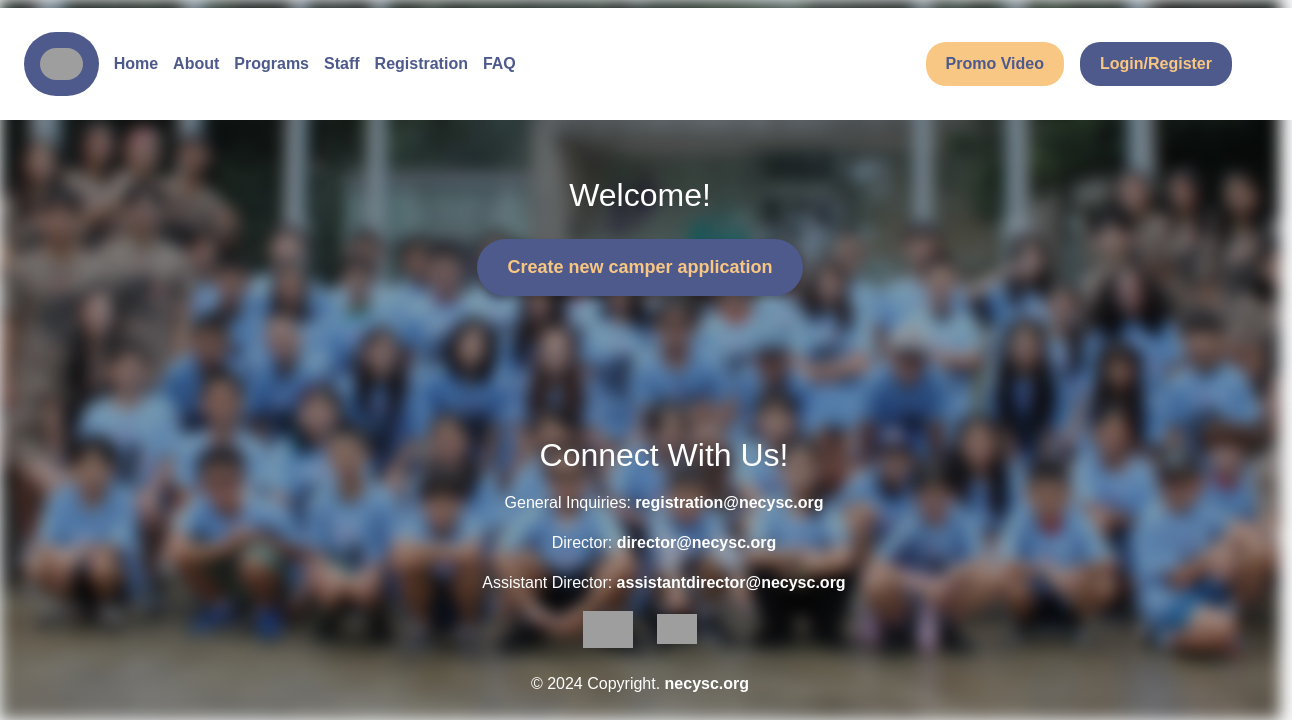
Repository: fullstackatbrown/project-necysc
Page: necysc_app/templates/necysc_app/applicant/index.html
These files come from the project's save history. The page is drawn as it stood at one moment and after the next save; the edit follows.
The browser window is 1280 px wide. The page is 1292 px wide, so the pictures cover 1292 px, including what lies to the right of the window. The pictures show the whole page.
Pictures or frames that could not be fetched are drawn as grey boxes. Some web fonts or font styles are not loaded; a fallback is used. The template is drawn by Django 5.2. The application's start-up code is not run. The template is opened directly, without the code that normally fills it, so the values that code supplies are empty.

Above is the page before, as saved 2024-12-04 02:01:19.

After the next save:
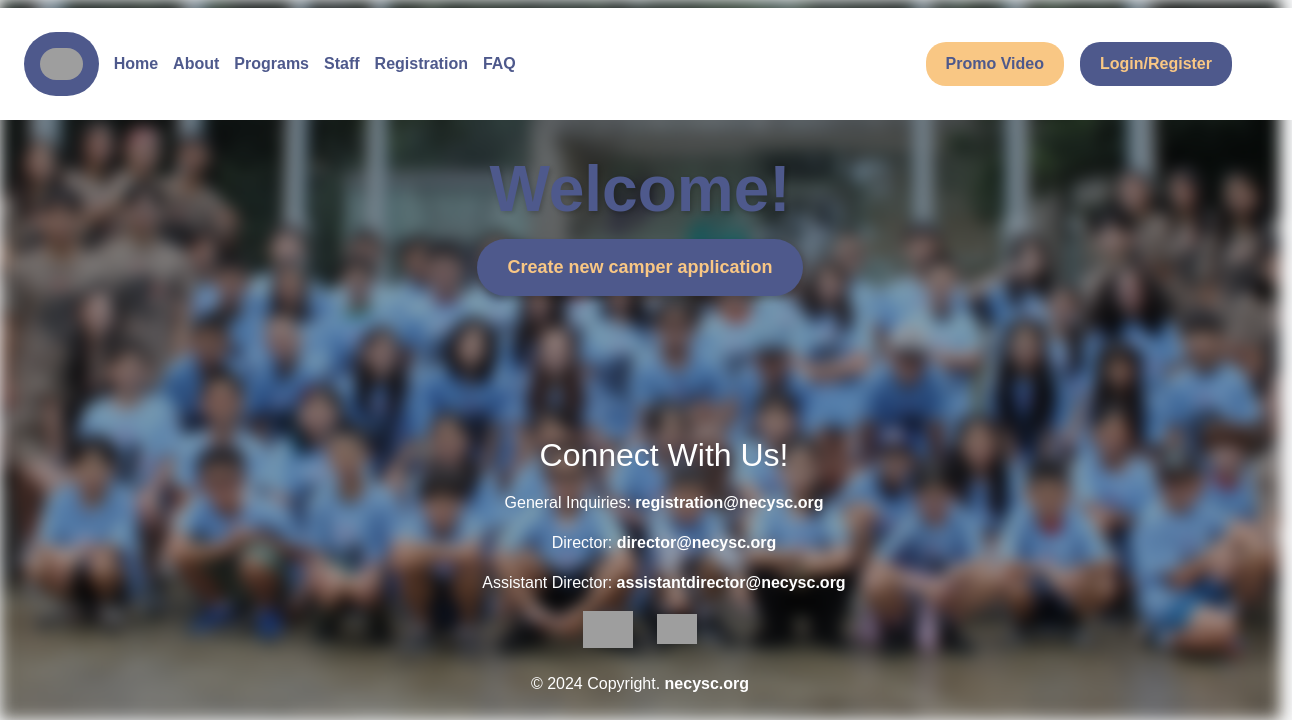
Saved 45 s later.
--- a/necysc_app/templates/necysc_app/applicant/index.html
+++ b/necysc_app/templates/necysc_app/applicant/index.html
@@ -124,6 +124,15 @@
     box-shadow: 0 4px 6px rgba(0, 0, 0, 0.2); /* 添加轻微阴影效果 */
 }
 
+.welcome-title {
+    font-size: 4rem; /* 将字体调大 */
+    text-align: center; /* 居中对齐 */
+    color: #4e598c; /* 标题颜色 */
+    margin-bottom: 20px; /* 与按钮之间的间距 */
+    font-weight: bold; /* 加粗标题 */
+    text-shadow: 2px 2px 5px rgba(0, 0, 0, 0.2); /* 添加阴影效果 */
+}
+
 .btn-purple:hover {
     background-color: #f9c784;
     color: #ffffff;
